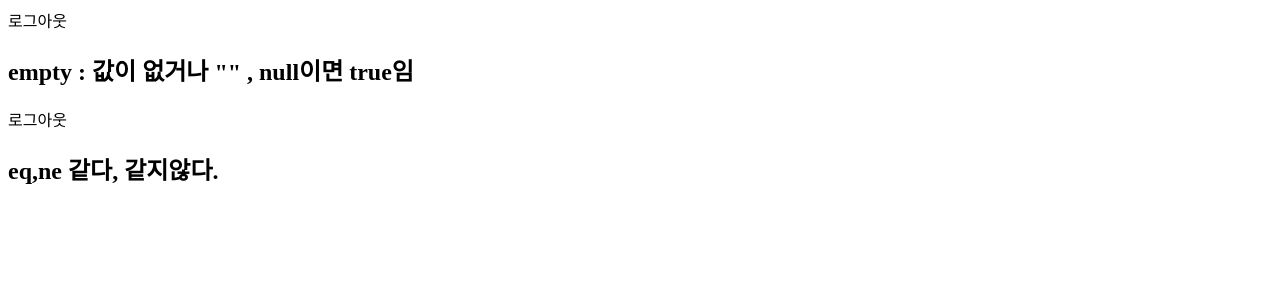
Repository: LeeJungHoon1/javaWeb
Page: http://localhost/ELprj0908/jstl4
The author's editor kept a copy of each file at every save. The page is drawn from the files as they stood at one save, then again after the next save.
The browser window is 1280 px wide. The pictures show the whole page.
The page is served by Tomcat 9. Other server files are loaded and not shown.

Above is the page before, as saved 2023-09-08 03:10:16.

### ELprj0908/src/main/webapp/WEB-INF/views/jstl4.jsp
<%@ page language="java" contentType="text/html; charset=UTF-8"
    pageEncoding="UTF-8"%>

    <%@ taglib uri="http://java.sun.com/jsp/jstl/core" prefix="c" %>
<!DOCTYPE html>
<html>
<head>
<meta charset="UTF-8">
<title>Insert title here</title>
</head>
<body>

<%
String id = (String)session.getAttribute("id");
if(id!=null){
%>
로그아웃
<%} else{%>
로그인
<%} %>

<h2>empty : 값이 없거나 "" , null이면 true임</h2>
<c:if test="${empty id}">로그인</c:if>
<c:if test="${not empty id}">로그아웃</c:if>


<h2>eq,ne  같다, 같지않다.</h2>



</body>
</html>

### ELprj0908/src/main/java/elprj/Jstl4.java
package elprj;

import java.io.IOException;

import javax.servlet.ServletException;
import javax.servlet.annotation.WebServlet;
import javax.servlet.http.HttpServlet;
import javax.servlet.http.HttpServletRequest;
import javax.servlet.http.HttpServletResponse;
import javax.servlet.http.HttpSession;

@WebServlet("/jstl4")
public class Jstl4 extends HttpServlet{

	@Override
	protected void doGet(HttpServletRequest req, HttpServletResponse resp) throws ServletException, IOException {

		HttpSession session = req.getSession();

		session.setAttribute("id","acorn01");

		req.getRequestDispatcher("WEB-INF/views/jstl4.jsp").forward(req,resp);

	}
}

After the next save:
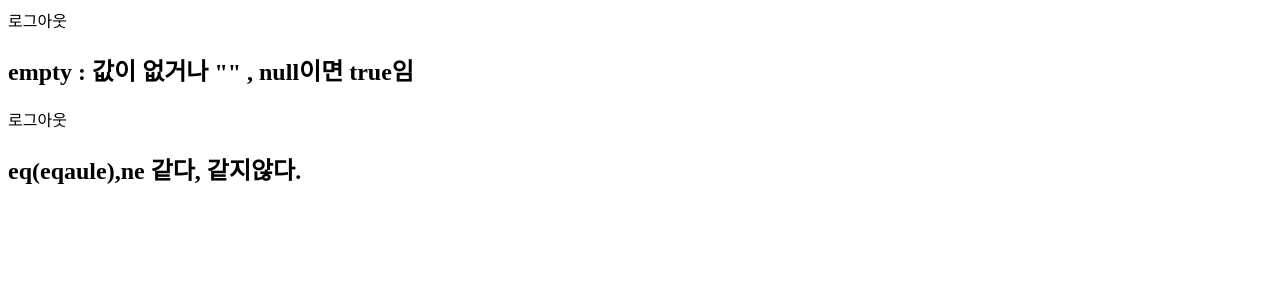
Saved 11 s later.
--- a/ELprj0908/src/main/webapp/WEB-INF/views/jstl4.jsp
+++ b/ELprj0908/src/main/webapp/WEB-INF/views/jstl4.jsp
@@ -24,7 +24,7 @@ if(id!=null){
 <c:if test="${not empty id}">로그아웃</c:if>
 
 
-<h2>eq,ne  같다, 같지않다.</h2>
+<h2>eq(eqaule),ne  같다, 같지않다.</h2>
 
 
 
